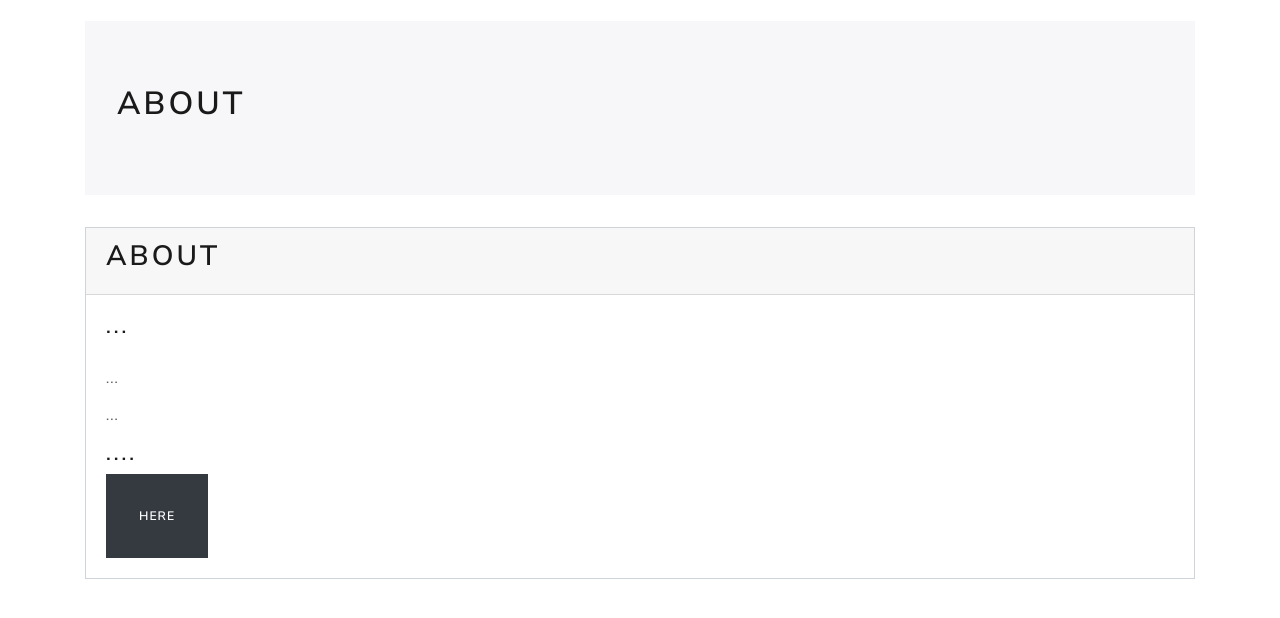
Repository: noctuakitty/kittycastillowilshire
Page: /aboutpage (app in client/)
These files come from the project's save history. The page is drawn as it stood at one moment and after the next save; the edit follows.
The browser window is 1280 px wide. The pictures show the whole page.
Some web libraries are served in a nearby version. The project was rebuilt for these pictures with package versions that can differ from the ones it lists, and the page was loaded fresh each time. Also part of the build but not shown: client/src/components/jumbotrons/HomeJumbotron.js, client/src/components/cards/HomeCard.js, client/src/components/pages/HomePage.js.

Above is the page before, as saved 2022-06-07 00:59:51.

After the next save:
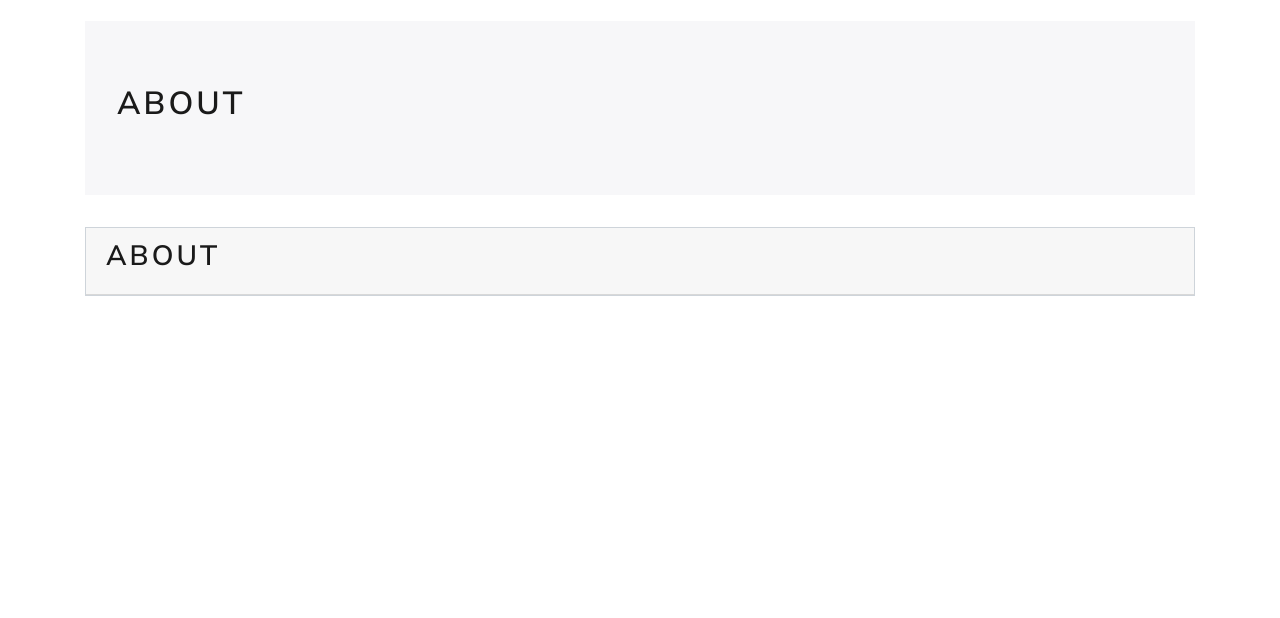
Saved 34 s later.
--- a/client/src/components/cards/AboutCard.js
+++ b/client/src/components/cards/AboutCard.js
@@ -12,22 +12,6 @@ function AboutCard() {
                                 About
                             </h2>
                         </div>
-                        <div className="card-body">
-                            <h4>
-                                ...
-                            </h4>
-                            <br></br>
-                            <p>
-                            ...
-                            </p>
-                            <p>
-                            ...
-                            </p>
-                            <h4>
-                               ....
-                            </h4>
-                            <AboutButton />
-                        </div>
                     </div>
                 </div>
             </div>
